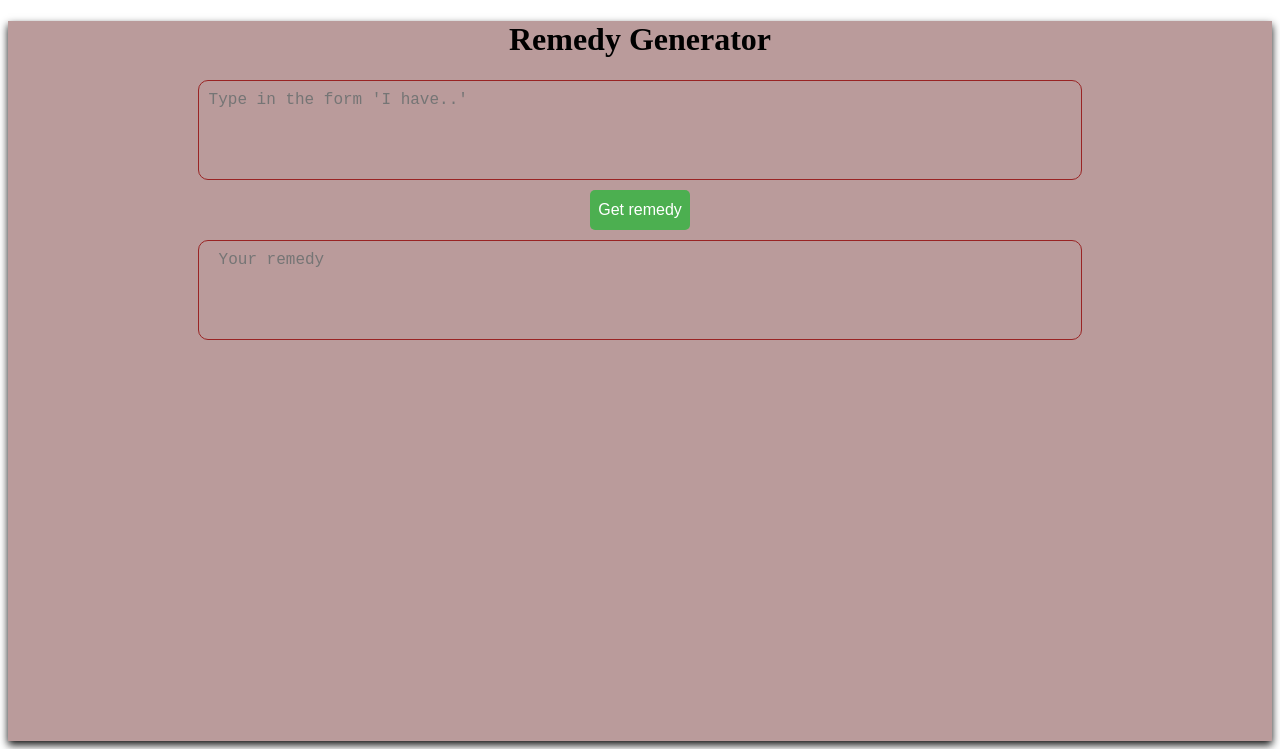
Repository: krutarthh/Ayurvedic-Remedy
Page: index.html
An editor plug-in stored every save of this project. The page is shown before and after the next save, followed by the edit.
The browser window is 1280 px wide. The pictures show the whole page.

Above is the page before, as saved 2024-04-06 17:47:21.

After the next save:
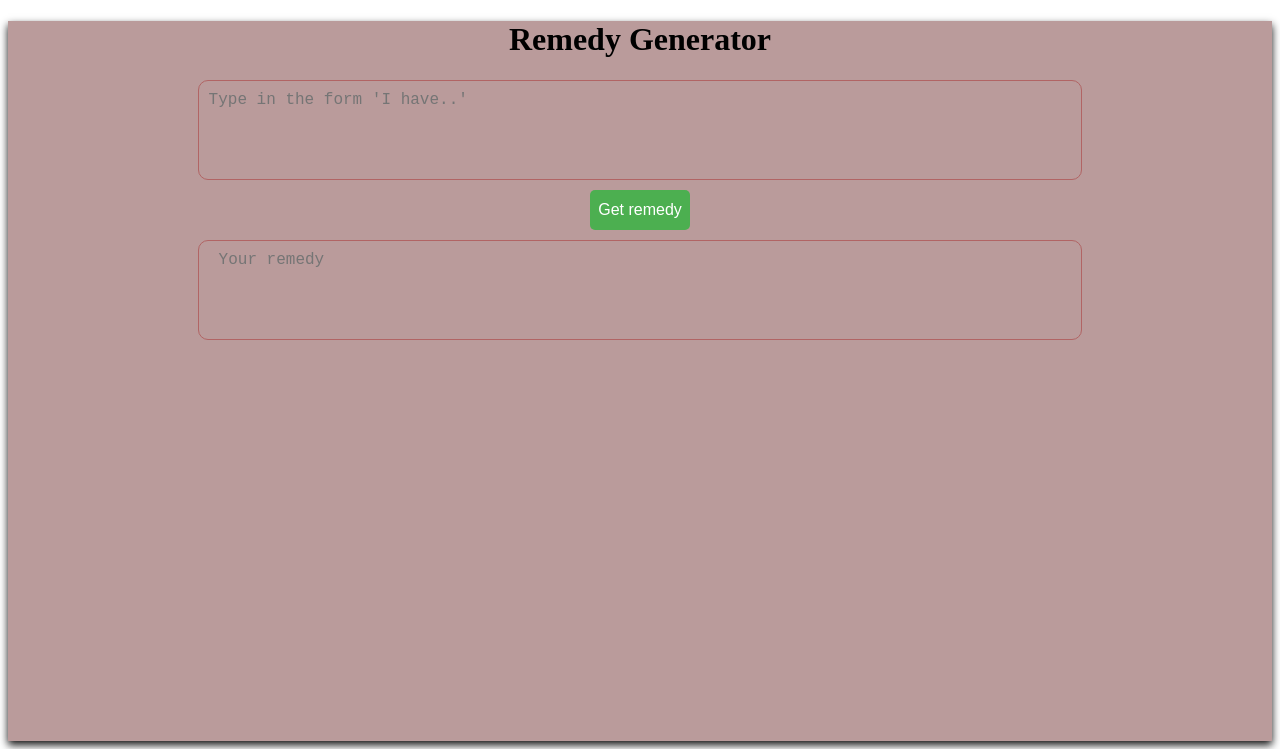
Saved 70 s later.
--- a/app.css
+++ b/app.css
@@ -15,7 +15,7 @@
     width: 70%;
     padding: 10px;
     font-size: 16px;
-    border: 1px solid #992424;
+    border: 1px solid #b16464;
    background-color:  #ba9b9b;
     border-radius: 10px; /* Add border-radius property with a value of 10px */
     box-sizing: border-box;
